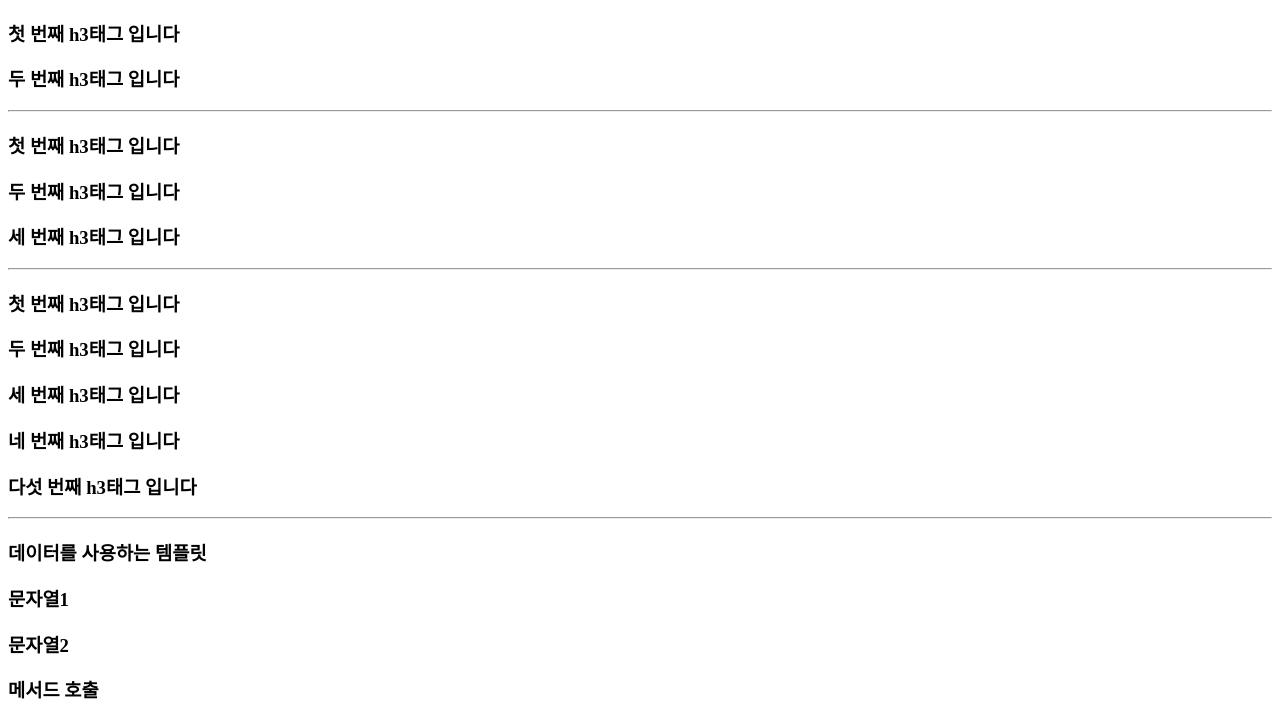
Repository: HyoJun00/Vue_JS
Page: Component/src/main/webapp/index.html
These files come from the project's save history. The page is drawn as it stood at one moment and after the next save; the edit follows.
The browser window is 1280 px wide. The pictures show the whole page.

Above is the page before, as saved 2025-07-15 05:59:14.

### Component/src/main/webapp/index.html
<!DOCTYPE html>
<html>
<head>
<meta charset="UTF-8">
<title>Insert title here</title>
<script src="https://cdn.jsdelivr.net/npm/vue@2"></script>
<script>
	Vue.component('component1', {
		template : '<div>'
				 + '<h3>첫 번째 h3태그 입니다</h3>'
				 + '<h3>두 번째 h3태그 입니다</h3>'
				 + '</div>'
	})

	Vue.component('component2', {
		template : '<h3>세 번째 h3태그 입니다</h3>'
	})

	Vue.component('data_component', {
		template : '<div>'
				 + '<h3>데이터를 사용하는 템플릿</h3>'
				 + '<h3>{{a1}}</h3>'
				 + '<h3>{{a2}}</h3>'
				 + '<h3>{{test_method1()}}</h3>'
				 + '</div>',
		data : function(){
			rtn_obj = {
					a1 : '문자열1',
					a2 : '문자열2'
			}
			return rtn_obj
		},
		methods : {
			test_method1 : function(){
				return '메서드 호출'
			}
		}

	})

	window.onload = function(){
		var test1 = new Vue({
			el : '#test1'
		})

		var test2 = new Vue({
			el : '#test2'
		})

		var test3 = new Vue({
			el : '#test3',
			components : {
				'component3' : {
					template : '<h3>네 번째 h3태그 입니다</h3>'
				},
				'component4' : {
					template : '<h3>다섯 번째 h3태그 입니다</h3>'
				}
			}
		})

		var test4 = new Vue({
			el : '#test4'
		})
	}
</script>
</head>
<body>
	<div id="test1">
		<component1></component1>
	</div>
	<hr/>
	<div id="test2">
		<component1></component1>
		<component2></component2>
		<!-- <component3></component3> -->
	</div>
	<hr/>
	<div id="test3">
		<component1></component1>
		<component2></component2>
		<component3></component3>
		<component4></component4>
	</div>
	<hr/>
	<div id="test4">
		<data_component></data_component>
	</div>
</body>
</html>

After the next save:
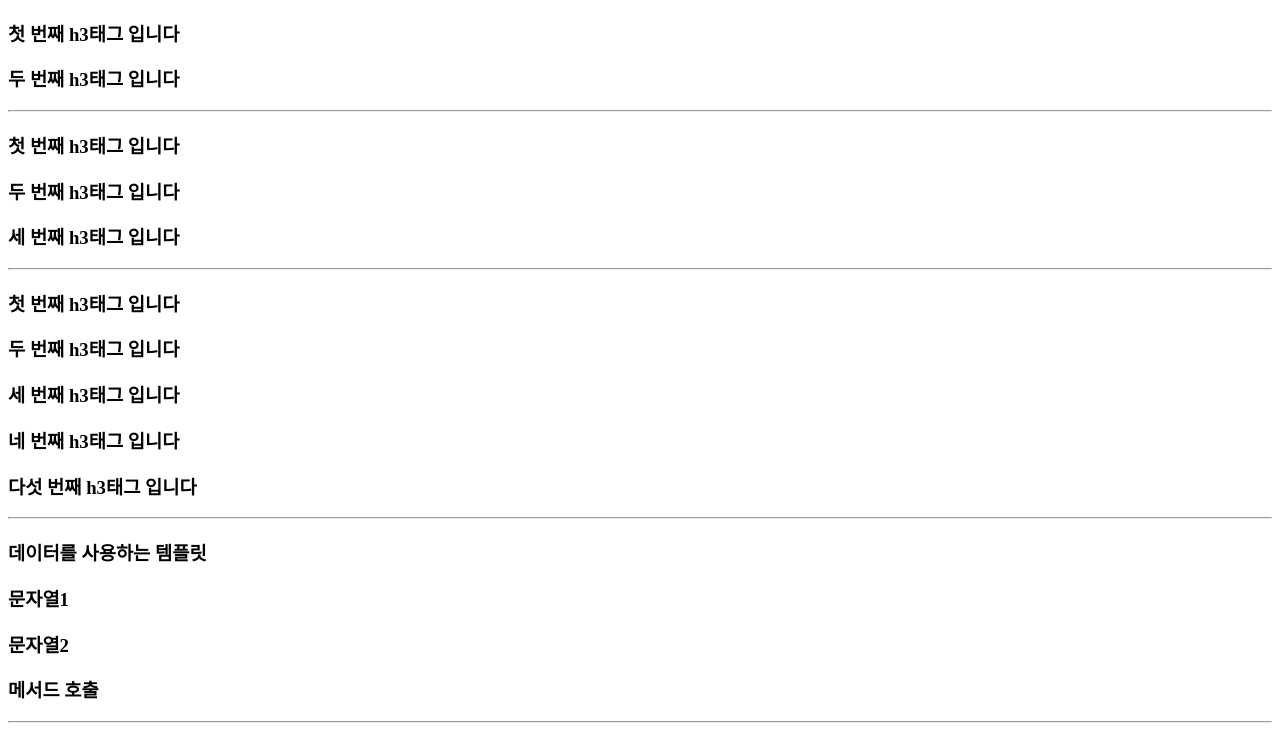
Saved 43 s later.
--- a/Component/src/main/webapp/index.html
+++ b/Component/src/main/webapp/index.html
@@ -86,5 +86,9 @@
 	<div id="test4">
 		<data_component></data_component>
 	</div>
+	<hr/>
+	<div id="test5">
+
+	</div>
 </body>
 </html>
